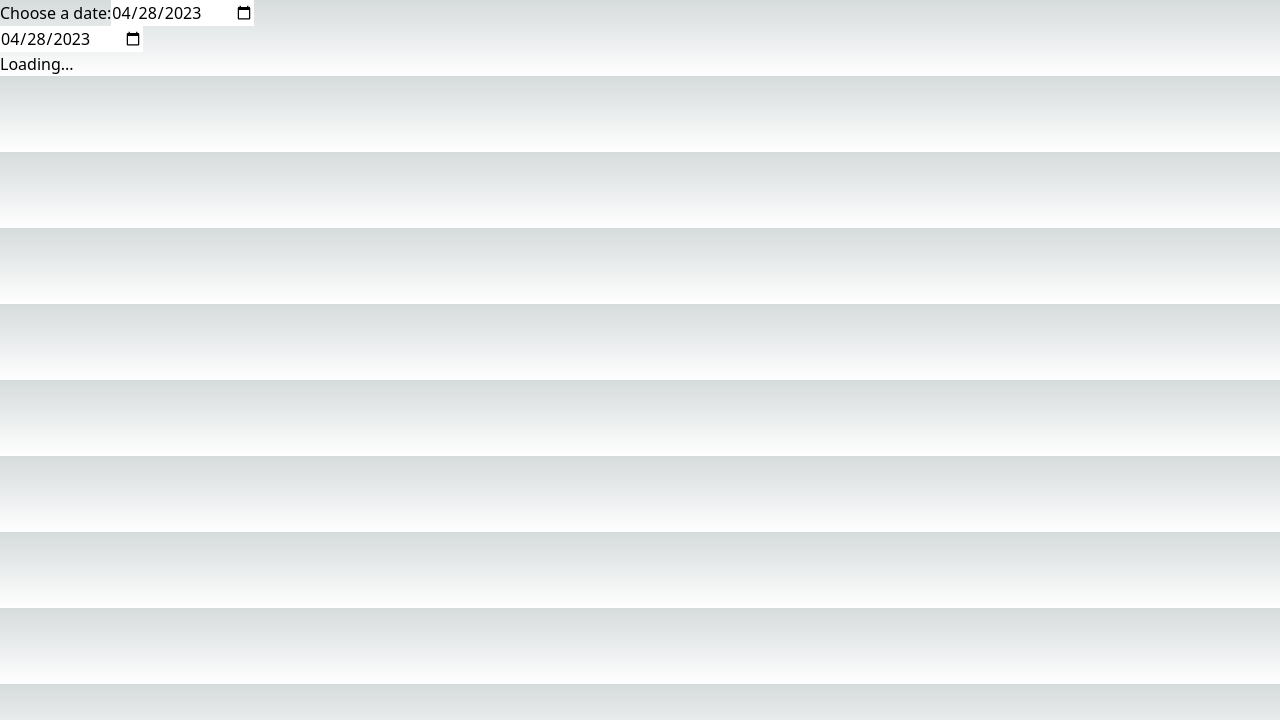
Repository: sercanisli/NasaApod
Page: /
These files come from the project's save history. The page is drawn as it stood at one moment and after the next save; the edit follows.
The browser window is 1280 px wide. The pictures show the whole page.
The page's requests for data from a server got no answer. The project was rebuilt for these pictures with package versions that can differ from the ones it lists, and the page was loaded fresh each time. The framework's server and built-in components were replaced by stand-ins that run in the browser. No one was signed in, and anything a server would have sent is missing. Also part of the build but not shown: next.config.js.

Above is the page before, as saved 2023-05-12 01:40:39.

After the next save:
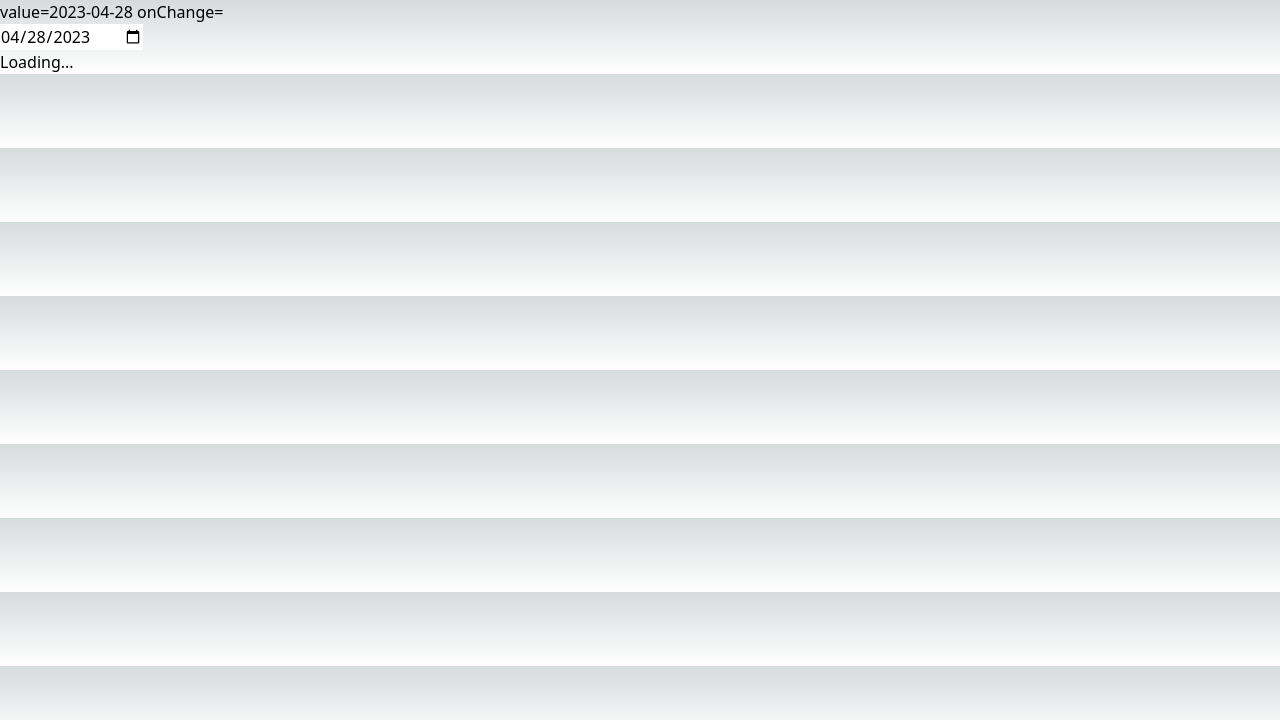
Saved 37 s later.
--- a/components/DateSelector.js
+++ b/components/DateSelector.js
@@ -13,8 +13,7 @@ const DateSelector = ({ onDateSelected }) => {
 
   return (
     <div>
-      <label htmlFor="date-input">Choose a date:</label>
-      <input type="date" value={selectedDate.toISOString().substr(0, 10)} onChange={handleDateChange} />
+      value={selectedDate.toISOString().substr(0, 10)} onChange={handleDateChange}
     </div>
   );
 };
